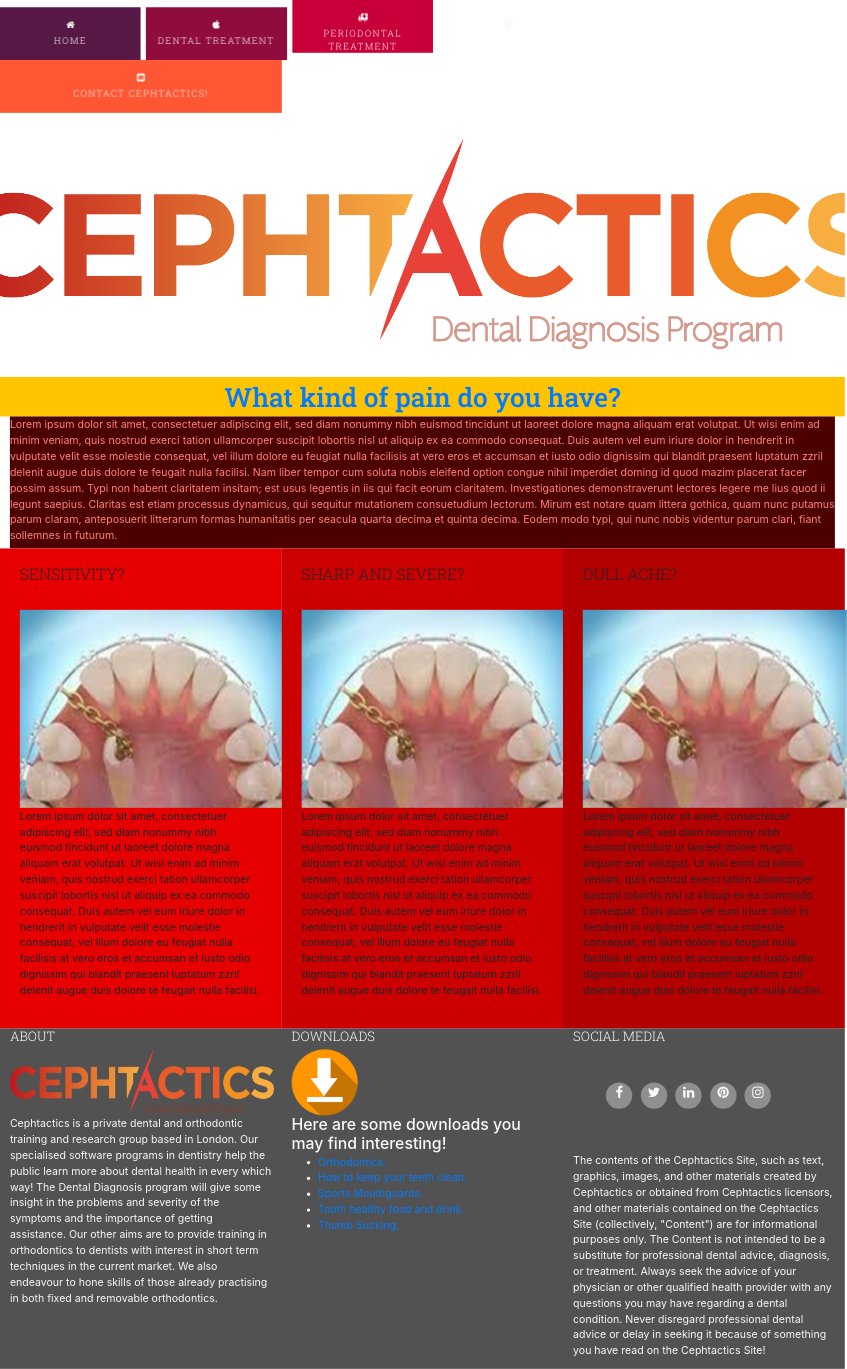
Repository: Code-Institute-Submissions/Rajjabbal-milestone-project
Page: 1dental.html
The author's editor kept a record of every edit. The page is drawn from the files as they stood at one moment, then again after the next edit.
The browser window is 1280 px wide. The page is 1283 px wide, so the pictures cover 1283 px, including what lies to the right of the window. The pictures show the whole page, at 66% of full size.
Some web libraries are served in a nearby version.

Above is the page before.

### 1dental.html
<!DOCTYPE html>
<html lang="en">

<head>
    <meta charset="UTF-8">
    <meta name="viewport" content="width=device-width, initial-scale=1.0">
    <meta http-equiv="X-UA-Compatible" content="ie=edge">
    <link rel="stylesheet" href="https://stackpath.bootstrapcdn.com/bootstrap/4.2.1/css/bootstrap.min.css" type="text/css" />
    <link rel="stylesheet" href="https://stackpath.bootstrapcdn.com/font-awesome/4.7.0/css/font-awesome.min.css" type="text/css" />
    <link rel="stylesheet" href="assets/css/style.css" type="text/css" />
    <link rel="stylesheet" href="https://cdnjs.cloudflare.com/ajax/libs/hover.css/2.3.1/css/hover-min.css" type="text/css" />
    <title>Milestone Project 1</title>
</head>

<body>
    <header>
        <div class="row no-gutters">
            <div class="col-md-12">
                <ul id="nav" class="list-inline menucontainer">
                    <li class="col-sm-2 ui-menu-color-home list-inline-item menuitem">
                        <a href="#" class="hvr-sweep-to-bottom"><i class="fa fa-home" aria-hidden="true"></i><span>Home</span>
                        </a>
                    </li>
                    <li class="col-sm-2 ui-menu-color-dental list-inline-item menuitem">
                        <a href="#" class="hvr-sweep-to-bottom"><i class="fa fa-apple" aria-hidden="true"></i><span>Dental Treatment</span>
                        </a>
                    </li>
                    <li class="col-sm-2 ui-menu-color-periodontal list-inline-item menuitem">
                        <a href="#" class="hvr-sweep-to-bottom"><i class="fa fa-ambulance" aria-hidden="true"></i><span>Periodontal Treatment</span>
                        </a>
                    </li>
                    <li class="col-sm-2 ui-menu-color-other list-inline-item menuitem">
                        <a href="#" class="hvr-sweep-to-bottom"><i class="fa fa-heart" aria-hidden="true"></i><span>Other Treatment</span>
                        </a>
                    </li>
                    <li class="col-sm-4 ui-menu-color-contact list-inline-item menuitem">
                        <a href="#" class="hvr-sweep-to-bottom"><i class="fa fa-envelope-square" aria-hidden="true"></i><span>Contact Cephtactics!</span>
                        </a>
                    </li>
                </ul>
            </div>
        </div>
        <div class="row no-gutters">
            <a href="index.html" class="col-md-12 logo"></a>
        </div>
        <div class="row no-gutters bg-color-question">
            <div class="col-md-12 question">
                <a href="question"> What kind of pain do you have?</a>
            </div>
        </div>

    </header>

    <section class="container-fluid">
        <div class="blurb">
            <p>Lorem ipsum dolor sit amet, consectetuer adipiscing elit, sed diam nonummy nibh euismod tincidunt ut laoreet dolore magna aliquam erat volutpat. Ut wisi enim ad minim veniam, quis nostrud exerci tation ullamcorper suscipit lobortis nisl ut
                aliquip ex ea commodo consequat. Duis autem vel eum iriure dolor in hendrerit in vulputate velit esse molestie consequat, vel illum dolore eu feugiat nulla facilisis at vero eros et accumsan et iusto odio dignissim qui blandit praesent
                luptatum zzril delenit augue duis dolore te feugait nulla facilisi. Nam liber tempor cum soluta nobis eleifend option congue nihil imperdiet doming id quod mazim placerat facer possim assum. Typi non habent claritatem insitam; est usus
                legentis in iis qui facit eorum claritatem. Investigationes demonstraverunt lectores legere me lius quod ii legunt saepius. Claritas est etiam processus dynamicus, qui sequitur mutationem consuetudium lectorum. Mirum est notare quam littera
                gothica, quam nunc putamus parum claram, anteposuerit litterarum formas humanitatis per seacula quarta decima et quinta decima. Eodem modo typi, qui nunc nobis videntur parum clari, fiant sollemnes in futurum.
            </p>
        </div>

        <div class="row">
            <div class="col-md-4 bg-color-dental section-column">
                <h4 class="section-heading uppercase">Sensitivity?</h4>
                <img src="./assets/images/Image.png" alt="Italian Trulli" style="width:400px; height:300px;">
                <p class="inline-block">Lorem ipsum dolor sit amet, consectetuer adipiscing elit, sed diam nonummy nibh euismod tincidunt ut laoreet dolore magna aliquam erat volutpat. Ut wisi enim ad minim veniam, quis nostrud exerci tation ullamcorper suscipit lobortis nisl
                    ut aliquip ex ea commodo consequat. Duis autem vel eum iriure dolor in hendrerit in vulputate velit esse molestie consequat, vel illum dolore eu feugiat nulla facilisis at vero eros et accumsan et iusto odio dignissim qui blandit praesent
                    luptatum zzril delenit augue duis dolore te feugait nulla facilisi.</p>
            </div>
            <div class="col-md-4 bg-color-periodontal section-column">
                <h4 class="section-heading uppercase">Sharp and Severe?</h4>
                <img src="./assets/images/Image.png" alt="Italian Trulli" style="width:400px; height:300px;">
                <p class="inline-block">Lorem ipsum dolor sit amet, consectetuer adipiscing elit, sed diam nonummy nibh euismod tincidunt ut laoreet dolore magna aliquam erat volutpat. Ut wisi enim ad minim veniam, quis nostrud exerci tation ullamcorper suscipit lobortis nisl
                    ut aliquip ex ea commodo consequat. Duis autem vel eum iriure dolor in hendrerit in vulputate velit esse molestie consequat, vel illum dolore eu feugiat nulla facilisis at vero eros et accumsan et iusto odio dignissim qui blandit praesent
                    luptatum zzril delenit augue duis dolore te feugait nulla facilisi.</p>
            </div>
            <div class="col-md-4 bg-color-other section-column">
                <h4 class="section-heading uppercase">Dull Ache?</h4>
                <img src="./assets/images/Image.png" alt="Italian Trulli" style="width:400px; height:300px;">
                <p class="inline-block">Lorem ipsum dolor sit amet, consectetuer adipiscing elit, sed diam nonummy nibh euismod tincidunt ut laoreet dolore magna aliquam erat volutpat. Ut wisi enim ad minim veniam, quis nostrud exerci tation ullamcorper suscipit lobortis nisl
                    ut aliquip ex ea commodo consequat. Duis autem vel eum iriure dolor in hendrerit in vulputate velit esse molestie consequat, vel illum dolore eu feugiat nulla facilisis at vero eros et accumsan et iusto odio dignissim qui blandit praesent
                    luptatum zzril delenit augue duis dolore te feugait nulla facilisi.</p>
            </div>
        </div>

    </section>

    <footer class="container-fluid">
        <div class="row">
            <div class="col-sm-4">
                <h5 class="uppercase general-sub">About</h5>
                <img src="./assets/images/CEP-Logo DENTAL.png" alt="Italian Trulli" style="width:400px; height:100px;">
                <p class="inline-block">
                    Cephtactics is a private dental and orthodontic training and research group based in London. Our specialised software programs in dentistry help the public learn more about dental health in every which way! The Dental Diagnosis program will give some
                    insight in the problems and severity of the symptoms and the importance of getting assistance. Our other aims are to provide training in orthodontics to dentists with interest in short term techniques in the current market. We also
                    endeavour to hone skills of those already practising in both fixed and removable orthodontics.
                </p>
            </div>
            <div class="col-sm-4">
                <h5 class="uppercase general-sub">Downloads</h5>
                <img src="./assets/images/Download.jpg" alt="Italian Trulli" style="width:100px; height:100px;">
                <h4 class="download">Here are some downloads you may find interesting!
                </h4>
                <ul class="inline-block">
                    <li>
                        <a href="https://view.publitas.com/british-orthodontic-society/orthotreatmentfebruary2019/page/1" target="_blank" class="link1">
                        <span>Orthodontics.</span>
                    </a>
                    </li>
                    <li>
                        <a href="https://view.publitas.com/british-orthodontic-society/oralhealthmarch2019/page/1" target="_blank" class="link2">
                        <span>How to keep your teeth clean.</span>
                    </a>
                    </li>
                    <li>
                        <a href="https://view.publitas.com/british-orthodontic-society/mouthguardsmarch2019/page/1" target="_blank" class="link3">
                        <span>Sports Mouthguards.</span>
                    </a>
                    </li>
                    <li>
                        <a href="https://view.publitas.com/british-orthodontic-society/food-and-drinkmarch2019/page/1" target="_blank" class="link4">
                        <span>Tooth healthy food and drink.</span>
                    </a>
                    </li>
                    <li>
                        <a href="https://view.publitas.com/british-orthodontic-society/digitsmarch2019/page/1" target="_blank" class="link5">
                        <span>Thumb Sucking.</span>
                    </a>
                    </li>
                </ul>
            </div>
            <div class="col-sm-4">
                <h5 class="uppercase general-sub">Social Media</h5>
                <ul class="list-inline social-links">
                    <li class="list-inline-item">
                        <a target="_blank" href="#">
                            <i class="fa fa-facebook" aria-hidden="true"></i>
                            <span class="sr-only">Facebook</span>
                        </a>
                    </li>
                    <li class="list-inline-item">
                        <a target="_blank" href="#">
                            <i class="fa fa-twitter" aria-hidden="true"></i>
                            <span class="sr-only">Twitter</span>
                        </a>
                    </li>
                    <li class="list-inline-item">
                        <a target="_blank" href="#">
                            <i class="fa fa-linkedin" aria-hidden="true"></i>
                            <span class="sr-only">Linkedin</span>
                        </a>
                    </li>
                    <li class="list-inline-item">
                        <a target="_blank" href="#">
                            <i class="fa fa-pinterest" aria-hidden="true"></i>
                            <span class="sr-only">Pinterest</span>
                        </a>
                    </li>
                    <li class="list-inline-item">
                        <a target="_blank" href="#">
                            <i class="fa fa-instagram" aria-hidden="true"></i>
                            <span class="sr-only">Instagram</span>
                        </a>
                    </li>
                </ul>
                <p class="inline-block">The contents of the Cephtactics Site, such as text, graphics, images, and other materials created by Cephtactics or obtained from Cephtactics licensors, and other materials contained on the Cephtactics Site (collectively, "Content") are
                    for informational purposes only. The Content is not intended to be a substitute for professional dental advice, diagnosis, or treatment. Always seek the advice of your physician or other qualified health provider with any questions
                    you may have regarding a dental condition. Never disregard professional dental advice or delay in seeking it because of something you have read on the Cephtactics Site!</p>
            </div>

        </div>

    </footer>

</body>

</html>

### assets/css/style.css
@import url('https://fonts.googleapis.com/css?family=Roboto+Slab:100,200,300,400,500,600,700');

/*-----colors-----*/

.bg-color-question {
    background-color: #FFC300;

}

.ui-menu-color-home {
    background-color: RGB(88, 24, 69);
}

.ui-menu-color-dental {
    background-color: RGB(144, 12, 63);
}

.ui-menu-color-periodontal {
    background-color: RGB(199, 0, 57);
}

.ui-menu-color-contact {
    background-color: RGB(255, 87, 51);
}

.ui-menu-color-statement {
    background-color: RGB(23, 32, 42);
}

.bg-color-dental {
    background-color: #e60000;
}
.bg-color-periodontal {
    background-color: #cc0000;
}
.bg-color-other {
    background-color: #b30000;
}

/*-----Special paddings/margins/text-----*/

h1,
h2,
h3,
h4 {
    margin: 0;
}

.uppercase {
    text-transform: uppercase;

}

.general-sub {
    font-family: "Roboto Slab", sans-serif;
    font-weight: 300;
    color: #fafafa;
}

.inline-block {
    display: inline-block;
}

.row-table {
    display: table;
}

.section-column {
    display: table-cell;
    padding: 0 30px 30px;
    float: none;
}

.section-heading {
    font-family: "Roboto Slab", sans-serif;
    font-weight: 300;
    margin-top: 25px;
    margin-bottom: 40px;
}

/*-----heading-----*/

header {
    margin: 0px;
}

.list-inline-item:not(:last-child) {
    max-height: 80px;

}

.menucontainer {
    font-size: 0;

}

#nav {
    margin: 0;
}

#nav li {
    font-size: 14px;
    font-family: "Roboto Slab", sans-serif;
    color: #DAF7A6;
    padding: 0;
}

.menuitem {
    height: 80px;
    text-align: center;
}

.menuitem a {
    width: 100%;
    text-decoration: none;
    color: #fff;
}

.menuitem a i {
    padding-top: 20px;
    display: block;
    color: #fafafa;
}

.menuitem span {
    display: block;
    width: 100%;
    padding-top: 5px;
    text-align: center;
    text-transform: uppercase;
    font-size: 14px;
    font-weight: 300;
    letter-spacing: 2px;
}

.logo {
    background: url("../images/CEP-Logo DENTAL.png");
    background-position: center;
    background-repeat: no-repeat;
    background-size: 1400px;
    min-height: 400px;
    padding: 0px;
    transition: all .5s ease-in-out;
    -moz-transition: all .5s ease-in-out;
    -webkit-transition: all .5s ease-in-out;
}

.picture {
    background: url("../images/BK.jpg");
    background-position: center;
    background-repeat: no-repeat;
    background-size: cover;
    min-height: 240px;
    transition: all .5s ease-in-out;
    -moz-transition: .5s ease-in-out;
    -webkit-transition: .5s ease-in-out;
}

.question {
    font-family: "Roboto Slab", sans-serif;
    font-weight: 500;
    font-size: 40px;
    margin: 0px;
    color: #ffffff;
    text-align: center;
}

/*-----hover.css-----*/

.hvr-sweep-to-bottom:before {
    background: rgba(0, 0, 0, 1);
    height: 80px;
}

/*-----section-----*/

.blurb {
    background-color: #4d0000;
    min-height: 200px;
    padding: 0;
    color: #ff8080;
}




/*-----footer-----*/

footer {
    background-color: #525252;
    color: #fafafa;
    min-height: 180px;
    margin: 0;
}

.social-links {
    padding: 50px;
}

.social-links li a i {
    width: 40px;
    height: 40px;
    padding: 12px 0;
    border-radius: 50%;
    font-size: 20px;
    line-height: 7px;
    text-align: center;
    color: #fafafa;
    background: #8f8f8f;
    transition: all 0.35s ease-in-out;
    -moz-transition: all 0.35s ease-in-out;
    -webkit-transition: all 0.35s ease-in-out;
    -o-transition: all 0.35s ease-in-out;
}

.social-links li a i:hover {
    background: #e84610;
}

#footer-details {
    padding: 20px;
}

After the next edit:
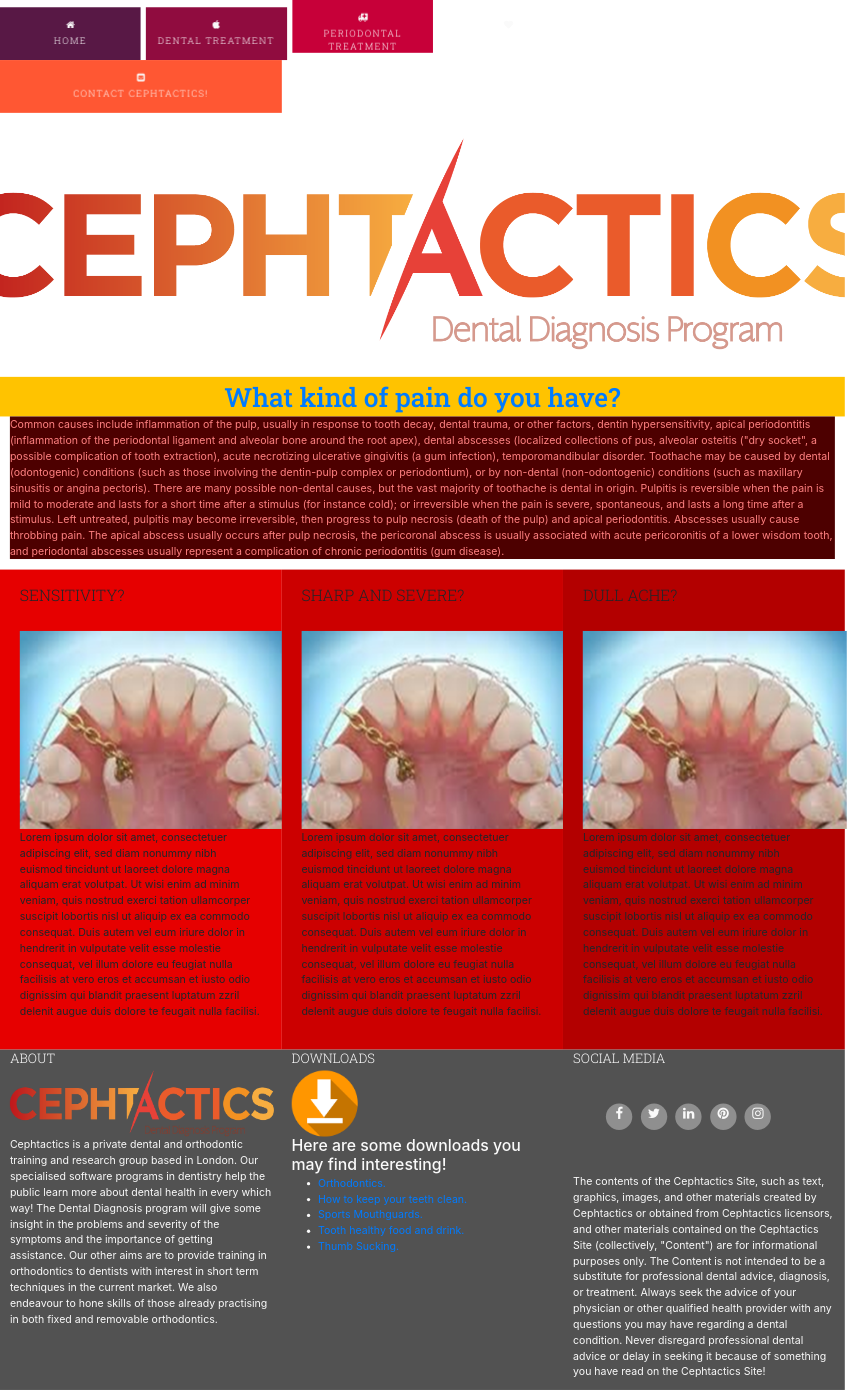
The edit:
--- a/1dental.html
+++ b/1dental.html
@@ -53,11 +53,12 @@
 
     <section class="container-fluid">
         <div class="blurb">
-            <p>Lorem ipsum dolor sit amet, consectetuer adipiscing elit, sed diam nonummy nibh euismod tincidunt ut laoreet dolore magna aliquam erat volutpat. Ut wisi enim ad minim veniam, quis nostrud exerci tation ullamcorper suscipit lobortis nisl ut
-                aliquip ex ea commodo consequat. Duis autem vel eum iriure dolor in hendrerit in vulputate velit esse molestie consequat, vel illum dolore eu feugiat nulla facilisis at vero eros et accumsan et iusto odio dignissim qui blandit praesent
-                luptatum zzril delenit augue duis dolore te feugait nulla facilisi. Nam liber tempor cum soluta nobis eleifend option congue nihil imperdiet doming id quod mazim placerat facer possim assum. Typi non habent claritatem insitam; est usus
-                legentis in iis qui facit eorum claritatem. Investigationes demonstraverunt lectores legere me lius quod ii legunt saepius. Claritas est etiam processus dynamicus, qui sequitur mutationem consuetudium lectorum. Mirum est notare quam littera
-                gothica, quam nunc putamus parum claram, anteposuerit litterarum formas humanitatis per seacula quarta decima et quinta decima. Eodem modo typi, qui nunc nobis videntur parum clari, fiant sollemnes in futurum.
+            <p>Common causes include inflammation of the pulp, usually in response to tooth decay, dental trauma, or other factors, dentin hypersensitivity, apical periodontitis (inflammation of the periodontal ligament and alveolar bone around the root
+                apex), dental abscesses (localized collections of pus, alveolar osteitis ("dry socket", a possible complication of tooth extraction), acute necrotizing ulcerative gingivitis (a gum infection), temporomandibular disorder. Toothache may
+                be caused by dental (odontogenic) conditions (such as those involving the dentin-pulp complex or periodontium), or by non-dental (non-odontogenic) conditions (such as maxillary sinusitis or angina pectoris). There are many possible non-dental
+                causes, but the vast majority of toothache is dental in origin. Pulpitis is reversible when the pain is mild to moderate and lasts for a short time after a stimulus (for instance cold); or irreversible when the pain is severe, spontaneous,
+                and lasts a long time after a stimulus. Left untreated, pulpitis may become irreversible, then progress to pulp necrosis (death of the pulp) and apical periodontitis. Abscesses usually cause throbbing pain. The apical abscess usually occurs
+                after pulp necrosis, the pericoronal abscess is usually associated with acute pericoronitis of a lower wisdom tooth, and periodontal abscesses usually represent a complication of chronic periodontitis (gum disease).
             </p>
         </div>
 
